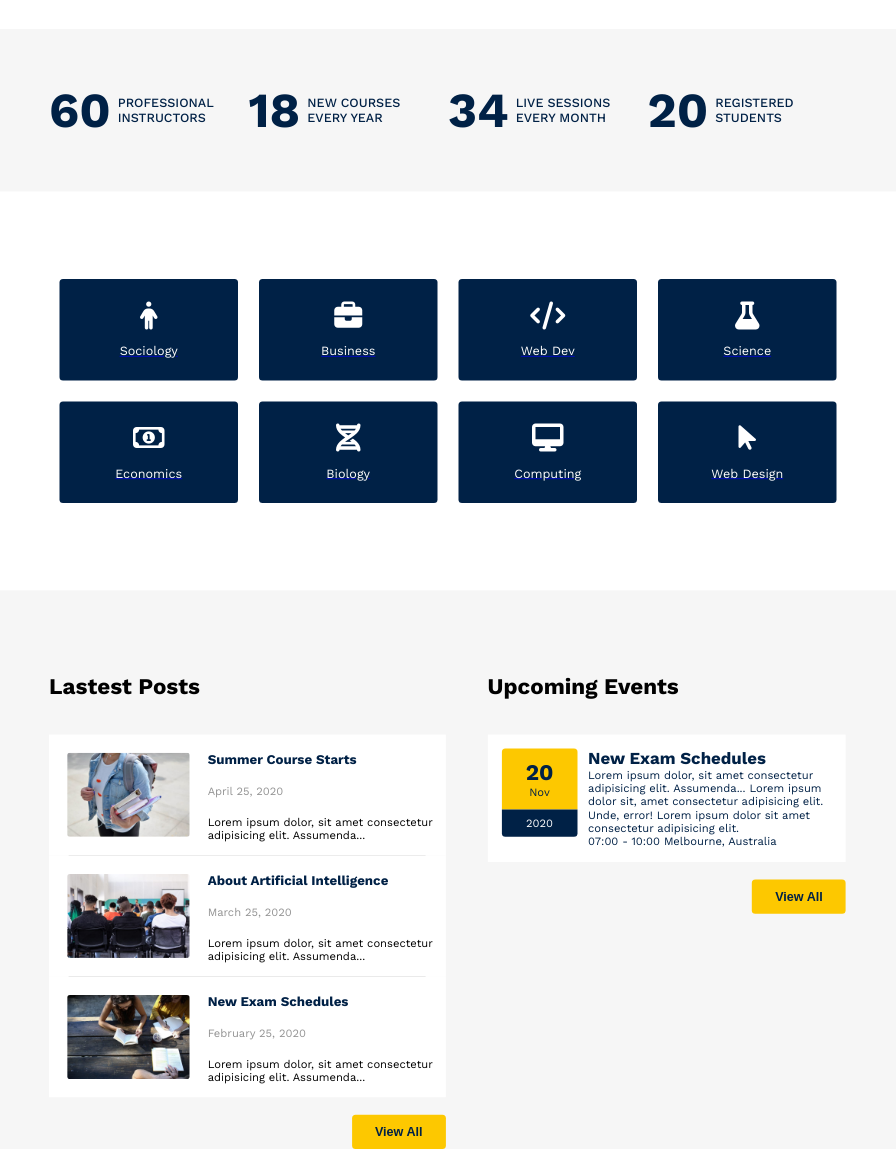
Repository: giahuy405/BC38__Mastery__Pham_Gia_Huy
Page: index.html
These files come from the project's save history. The page is drawn as it stood at one moment and after the next save; the edit follows.
The browser window is 1280 px wide. The pictures show the part of the page from y = 1189 to 3109 px (the page is 2830 px tall before and 3109 px after), at 70% of full size.

Above is the page before, as saved 2022-09-10 15:10:53.

After the next save:
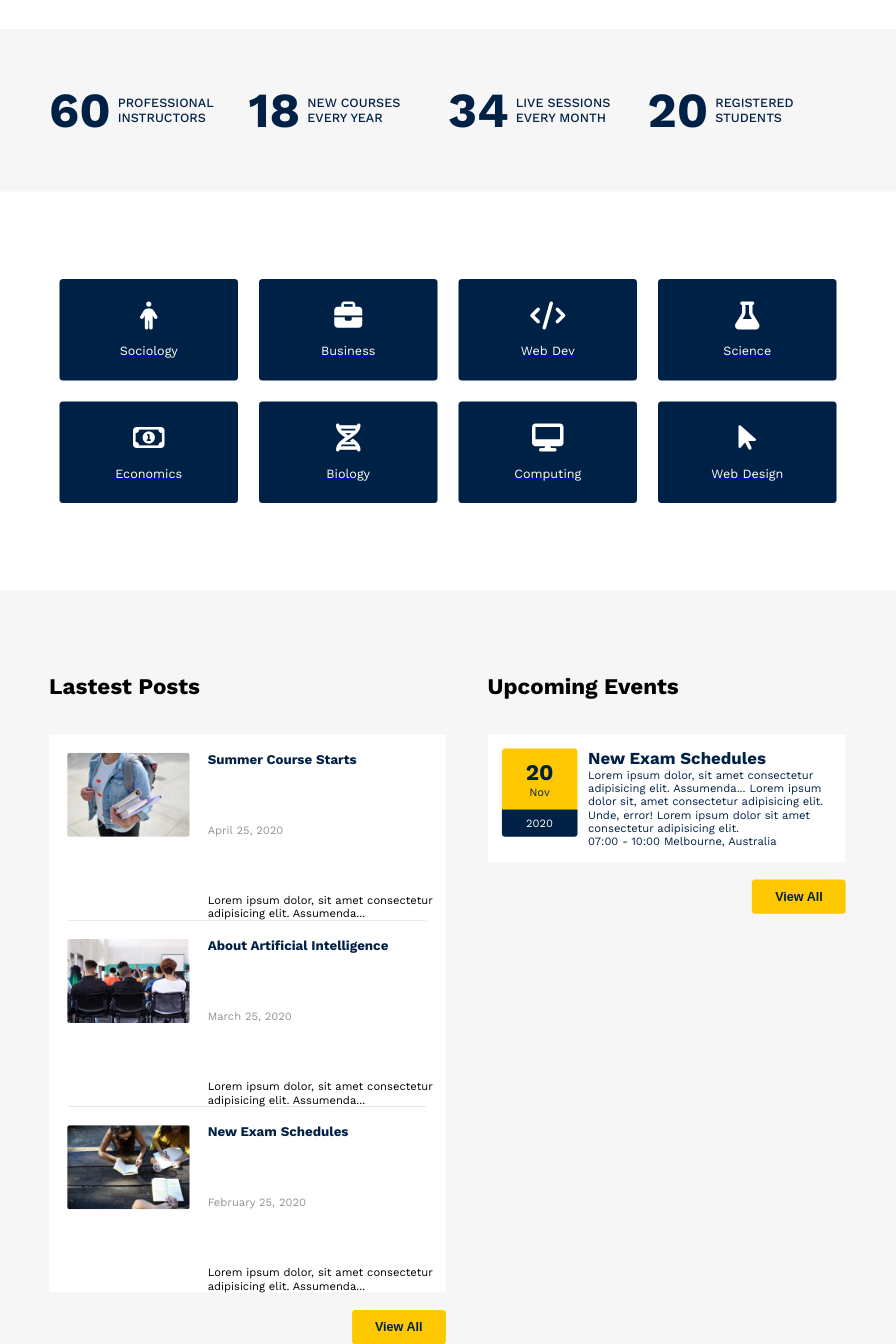
Saved 12 s later.
--- a/css/index.css
+++ b/css/index.css
@@ -245,7 +245,7 @@ height: 597px;
     color: #000000;
 }
 .lastest-post__desc p:nth-child(2){
-    line-height: 3;
+    line-height: 10;
 
 }
 .lastest-post__item a .lastest-post__time{
